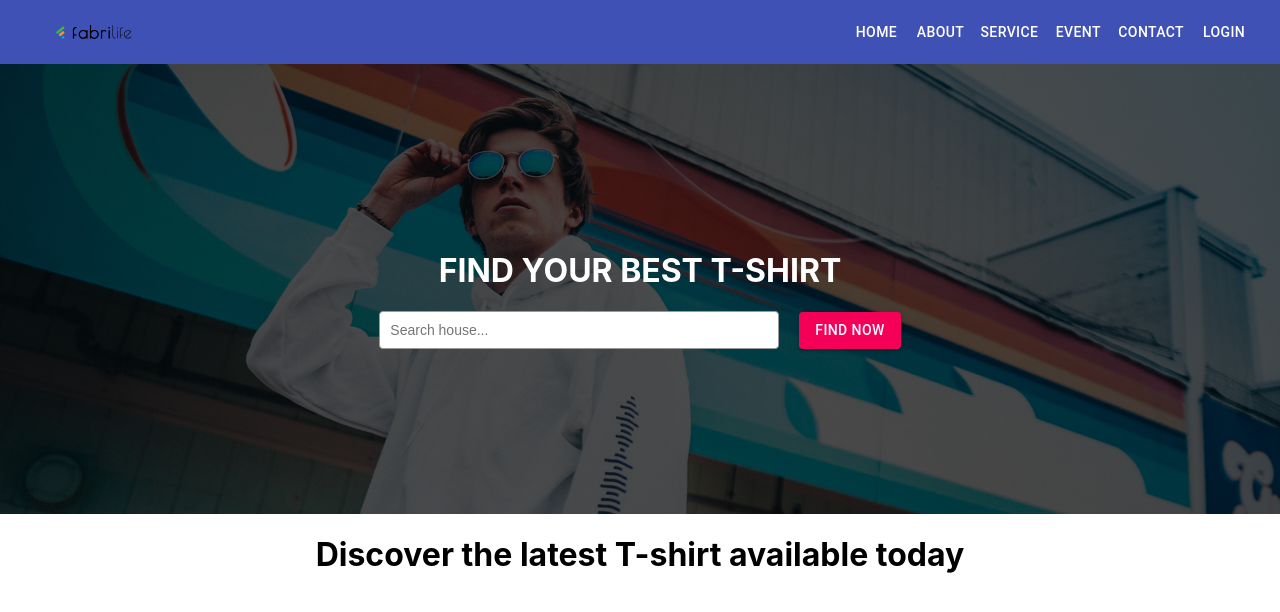
Repository: arif286/fabrilife-E-commerce-client-site
Page: /
The author's editor kept a copy of each file at every save. The page is drawn from the files as they stood at one save, then again after the next save.
The browser window is 1280 px wide. The pictures show the whole page.
The page's requests for data from a server got no answer. The project was rebuilt for these pictures with package versions that can differ from the ones it lists, and the page was loaded fresh each time. No one was signed in, and anything a server would have sent is missing. Also part of the build but not shown: src/components/AddEvent/AddEvent.css, src/components/AddEvent/AddEvent.js, src/components/Shop/ShopCard/ShopCard.js, src/components/NoMatch/NoMatch.js.

Above is the page before, as saved 2021-03-31 01:43:03.

### src/App.js
import React from "react";
import { BrowserRouter as Router, Route, Switch } from "react-router-dom";
import AddEvent from "./components/AddEvent/AddEvent";
import Header from "./components/Header/Header";
import Home from "./components/Home/Home";
import NoMatch from "./components/NoMatch/NoMatch";


function App() {
  return (
    <div>
      <Router>
        <Header />
        <Switch>
          <Route path="/home">
            <Home/>
          </Route>
          <Route path="/addEvent">
            <AddEvent />
          </Route>
          <Route exact path="/">
            <Home />
          </Route>
          <Route path="*">
            <NoMatch />
          </Route>
        </Switch>
      </Router>
    </div>
  );
}

export default App;

### src/components/Header/Header.js
import AppBar from "@material-ui/core/AppBar";
import Button from "@material-ui/core/Button";
import { makeStyles } from "@material-ui/core/styles";
import Toolbar from "@material-ui/core/Toolbar";
import Typography from "@material-ui/core/Typography";
import React from "react";
import { NavLink } from "react-router-dom";
import logo from "../../tshirt-shop/logos/fabrilife.svg";
import "./Header.css";

const useStyles = makeStyles((theme) => ({
  root: {
    flexGrow: 1,
  },
  menuButton: {
    marginRight: theme.spacing(2),
  },
  title: {
    flexGrow: 1,
  },
}));

const Header = () => {
  const classes = useStyles();

  return (
    <div className={classes.root}>
      <AppBar position="static">
        <Toolbar>
          <img
            style={{ width: "80px", marginLeft: "30px" }}
            src={logo}
            alt=""
          />
          {/* <IconButton
              edge="start"
              className={classes.menuButton}
              color="inherit"
              aria-label="menu"
            >
              <MenuIcon />
            </IconButton> */}
          <Typography variant="h6" className={classes.title}></Typography>
          <NavLink className="header-link" to="/home">
            <Button color="inherit">Home</Button>
          </NavLink>
          <NavLink className="header-link" to="/home">
            <Button color="inherit">About</Button>
          </NavLink>
          <NavLink className="header-link" to="/home">
            <Button color="inherit">Service</Button>
          </NavLink>
          <NavLink className="header-link" to="/addEvent">
            <Button color="inherit">Event</Button>
          </NavLink>
          <NavLink className="header-link" to="/home">
            <Button color="inherit">Contact</Button>
          </NavLink>
          <NavLink className="header-link" to="/login">
            <Button color="inherit">Login</Button>
          </NavLink>
        </Toolbar>
      </AppBar>
    </div>
  );
};

export default Header;

### src/components/Home/Home.js
import React from 'react';
import SearchBar from '../SearchBar/SearchBar';
import Shop from '../Shop/Shop';

const Home = () => {
    return (
        <>
            <SearchBar/>
            <Shop/>
        </>
    );
};

export default Home;

### src/components/Header/Header.css
.header-link {
  text-decoration: none;
  color: white;
}

### src/components/SearchBar/SearchBar.js
import { Button } from "@material-ui/core";
import React from "react";
import "./SearchBar.css";

const SearchBar = () => {
  return (
    <div className="bgImage">
      <div className="search-bar">
        <h1>Find your best T-shirt</h1>
        <div className="search-bar">
          <input placeholder="Search house..." type="text" />
          <Button color="secondary" variant="contained">
            Find Now
          </Button>
        </div>
      </div>
    </div>
  );
};

export default SearchBar;

### src/components/Shop/Shop.js
import { Container, Grid } from "@material-ui/core";
import axios from "axios";
import React, { useEffect, useState } from "react";
import ShopCard from "./ShopCard/ShopCard";

const Shop = () => {
     const [event, setEvent] = useState([]);

     useEffect(() => {
       axios
         .get("http://localhost:5000/event")
         .then((res) => setEvent(res.data))
         .catch((error) => console.log(error));
     }, []);

    return (
      <div>
        <Container>
          <Grid container direction="column" alignItems="center">
            <h1> Discover the latest T-shirt available today</h1>
          </Grid>
          <Grid container spacing={4}>
            {
              event.map((product, index) => (
              <Grid item xs={12} sm={6} md={4}>
                <ShopCard product={product} key={index} />
              </Grid>
            ))
            }
          </Grid>
        </Container>
      </div>
    );
};

export default Shop;

### src/components/SearchBar/SearchBar.css
.bgImage {
  background-image: linear-gradient(#000000b3, #000000b3),
    url("../../tshirt-shop/images/websiteheader2.png") !important;
  background-repeat: no-repeat;
  background-size: cover;
  min-height: 450px;
  width: 100%;
  display: flex;
  justify-content: center;
  align-items: center;
}
.search-bar h1 {
  color: white;
  text-transform: uppercase;
}
.search-bar input {
  min-width: 400px;
  display: inline-block;
  box-sizing: border-box;
  padding: 10px;
  border-radius: 4px;
  font-size: 14px;
  border: 1px solid #999999;
  outline: none;
  margin-right: 20px;
}
.search-bar {
  text-align: center;
}

Loaded but not shown: public/index.html (common file); src/index.js (common file); src/index.css (common file); src/reportWebVitals.js (common file); src/components/Shop/ShopCard/ShopCard.css (no stored copy; drawn as an empty file)

After the next save:
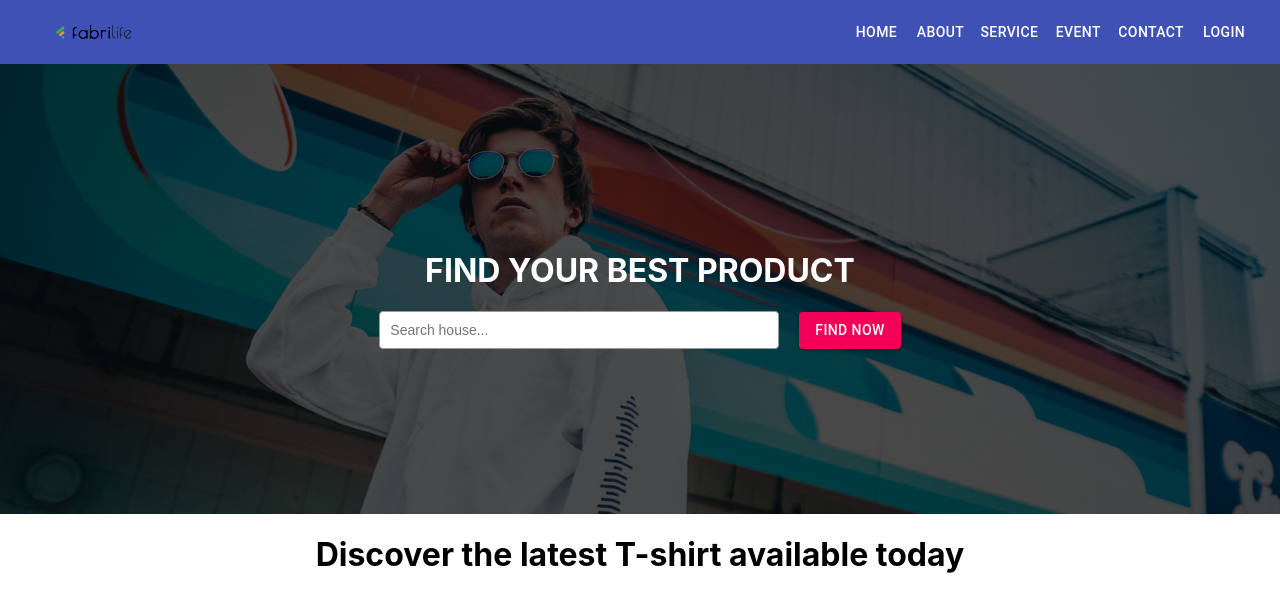
Saved 16 s later.
--- a/src/components/SearchBar/SearchBar.js
+++ b/src/components/SearchBar/SearchBar.js
@@ -6,7 +6,7 @@
   return (
     <div className="bgImage">
       <div className="search-bar">
-        <h1>Find your best T-shirt</h1>
+        <h1>Find your best product</h1>
         <div className="search-bar">
           <input placeholder="Search house..." type="text" />
           <Button color="secondary" variant="contained">
